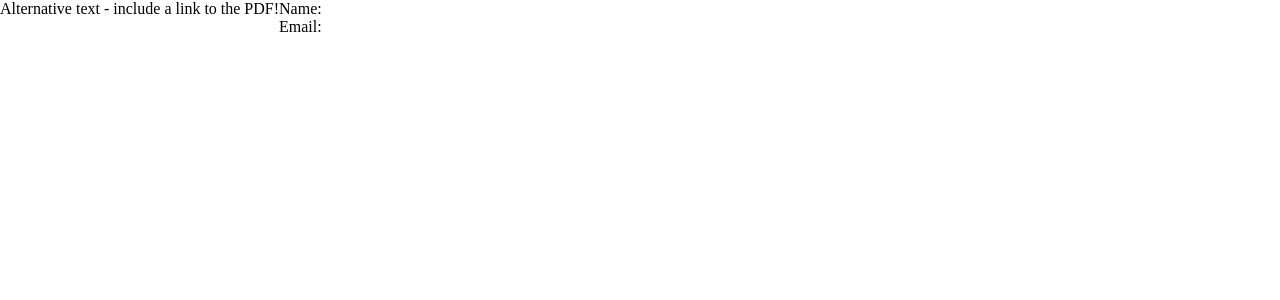
Repository: devSkhandelwal/job-search
Page: /preview
The author's editor kept a copy of each file at every save. The page is drawn from the files as they stood at one save, then again after the next save.
The browser window is 1280 px wide. The pictures show the whole page.
The project was rebuilt for these pictures with package versions that can differ from the ones it lists, and the page was loaded fresh each time. Also part of the build but not shown: src/components/FormElement/Button.css, src/components/FormElement/Button.js, src/actions/jobAction.js, src/actions/userActions.js, src/components/FormElement/FormContainer.css, src/components/FormElement/FormContainer.js, src/components/FormElement/Input.css, src/components/FormElement/Input.js and 13 more.

Above is the page before, as saved 2021-05-04 14:31:20.

### src/index.js
import React from 'react';
import ReactDOM from 'react-dom';
import './index.css';
import App from './App';
import {Provider} from 'react-redux'
import store from './store';

ReactDOM.render(
    <Provider store={store}>
      <App />
    </Provider>,
  document.getElementById('root')
);

### src/index.css
*{
  margin: 0;
  padding: 0;
  box-sizing: border-box;
}

.container{
  width: 100%;
  padding: 0 50px;
  display: flex;
  flex-direction: column;
  align-items: center;
  justify-content: center;
}

### src/App.js
import {BrowserRouter as Router, Route, Switch} from 'react-router-dom';
import JobDetailsContainer from './containers/JobDetailsContainer';
import JobFilterContainer from './containers/JobFilterContainer';
import JobListContainer from './containers/JobListContainer';
import LoginContainer from './containers/LoginContainer';
import PreviewContainer from './containers/PreviewContainer';

function App() {
  return (
    <Router>
      <Switch>
        <Route exact path="/" component={JobListContainer} />
        <Route path="/login" component = {LoginContainer}/>
        <Route path="/job/filter" component={JobFilterContainer}/>
        <Route path="/job/details/:jobId" component={JobDetailsContainer}/>
        <Route path="/preview" component={PreviewContainer}/>
      </Switch>
    </Router>
  );
}

export default App;

### src/store.js
import {combineReducers,createStore,applyMiddleware} from 'redux';
import thunk from 'redux-thunk';
import {composeWithDevTools} from 'redux-devtools-extension'
import { userApplyFormReducer, userLoginReducer } from './reducers/userReducer';
import { jobDetailsReducer, jobListReducer } from './reducers/jobReducers';


const reducers = combineReducers({
    login:userLoginReducer,
    jobList:jobListReducer,
    jobDetails:jobDetailsReducer,
    data:userApplyFormReducer
});

const userFromStorage = localStorage.getItem('userInfo') ? JSON.parse(localStorage.getItem('userInfo')) :null;
const userDataFromStarage = localStorage.getItem('userData') ? JSON.parse(localStorage.getItem('userData')) :'';

const initialState = {
    login:{userInfo:userFromStorage},
    data:{userData:userDataFromStarage}
}


const middleware = [thunk]


const store = createStore(
    reducers,
    initialState,
    composeWithDevTools(applyMiddleware(...middleware))
)

export default store;

### src/containers/PreviewContainer.js
import React, { useEffect, useState } from 'react'
import { useSelector } from 'react-redux';

import './PreviewContainer.css'


const PreviewContainer = () => {

    const {userData} = useSelector(state=>state.data)

    const {name,email,file} = userData

    console.log(userData)

    console.log(file)

    return (
        <div className="preview">
            <object data={file} type="application/pdf" className="file">
                <p>Alternative text - include a link <a href={file}>to the PDF!</a></p>
            </object>
            <div className="info">
                <p>Name:{name}</p>
                <p>Email:{email}</p>
            </div>
        </div>

    )
}

export default PreviewContainer

### src/reducers/userReducer.js
import { USER_APPLY_FORM_FAIL, USER_APPLY_FORM_REQUEST, USER_APPLY_FORM_SUCCESS, USER_LOGIN_FAIL, USER_LOGIN_REQUEST, USER_LOGIN_SUCCESS } from "../constants/userConstants";

export const userLoginReducer = (state={},action) => {
    switch(action.type){
        case USER_LOGIN_REQUEST:
            return {
                loading:true
            }
        case USER_LOGIN_SUCCESS:
            return{
                loading:false,
                userInfo:action.payload
            }
        case USER_LOGIN_FAIL:
            return{
                loading:false,
                error:action.payload
            }
        default:
            return state
    }
}


export const userApplyFormReducer = (state={userData:{}},action) => {
    switch(action.type){
        case USER_APPLY_FORM_REQUEST:
            return {
                loading:true,
                userData:{}
            }
        case USER_APPLY_FORM_SUCCESS:
            return{
                loading:false,
                userData:action.payload
            }
        case USER_APPLY_FORM_FAIL:
            return{
                loading:false,
                error:action.payload
            }
        default:
            return state
    }
}

### src/reducers/jobReducers.js
import { JOB_DETAILS_FAIL, JOB_DETAILS_REQUEST, JOB_DETAILS_SUCCESS, JOB_LIST_FAIL, JOB_LIST_REQUEST, JOB_LIST_SUCCESS } from "../constants/jobsConstants";

export const jobListReducer = (state={jobs:[]},action) => {
    switch(action.type){
        case JOB_LIST_REQUEST:
            return {loading:true,jobs:[]};
        case JOB_LIST_SUCCESS:
            return {
                loading:false,
                jobs:action.payload
            }
        case JOB_LIST_FAIL:
            return {
                loading:false,
                error:action.payload
            }
        default:
            return state
    };
};



export const jobDetailsReducer = (state={job:{}},action) => {
    switch(action.type){
        case JOB_DETAILS_REQUEST:
            return {loading:true};
        case JOB_DETAILS_SUCCESS:
            return {
                loading:false,
                job:action.payload
            }
        case JOB_DETAILS_FAIL:
            return {
                loading:false,
                error:action.payload
            }
        default:
            return state
    };
};

### src/containers/PreviewContainer.css
.preview{
    height: 100vh;
    display: flex;
    flex-wrap: wrap;

}

.file{
    height: 50%;
}

### src/constants/userConstants.js

export const USER_LOGIN_REQUEST = 'USER_LOGIN_REQUEST'
export const USER_LOGIN_SUCCESS = 'USER_LOGIN_SUCCESS';
export const USER_LOGIN_FAIL = 'USER_LOGIN_FAIL';


export const USER_APPLY_FORM_REQUEST = 'USER_APPLY_FORM_REQUEST'
export const USER_APPLY_FORM_SUCCESS = 'USER_APPLY_FORM_SUCCESS';
export const USER_APPLY_FORM_FAIL = 'USER_APPLY_FORM_FAIL';

### src/constants/jobsConstants.js
export const JOB_LIST_REQUEST = "JOB_LIST_REQUEST";
export const JOB_LIST_SUCCESS = "JOB_LIST_SUCCESS";
export const JOB_LIST_FAIL = "JOB_LIST_FAIL";



export const JOB_DETAILS_REQUEST = "JOB_DETAILS_REQUEST";
export const JOB_DETAILS_SUCCESS = "JOB_DETAILS_SUCCESS";
export const JOB_DETAILS_FAIL = "JOB_DETAILS_FAIL";

Loaded but not shown: public/index.html (common file)

After the next save:
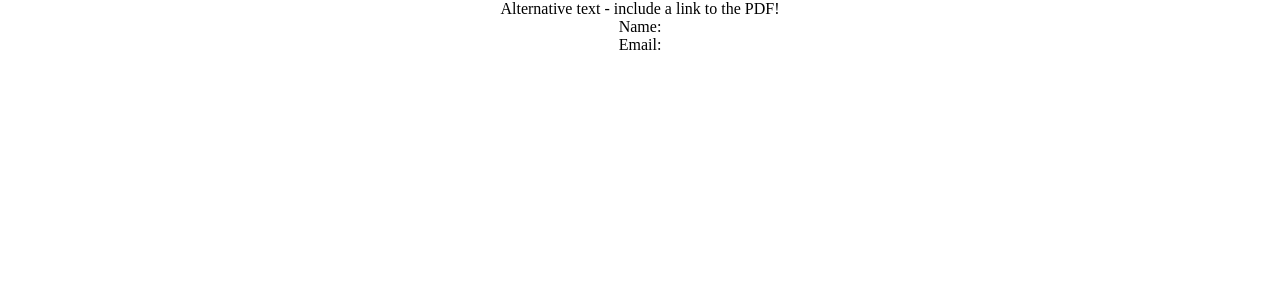
Saved 70 s later.
--- a/src/containers/PreviewContainer.js
+++ b/src/containers/PreviewContainer.js
@@ -15,7 +15,8 @@
     console.log(file)
 
     return (
-        <div className="preview">
+        <div className="container">
+
             <object data={file} type="application/pdf" className="file">
                 <p>Alternative text - include a link <a href={file}>to the PDF!</a></p>
             </object>
@@ -23,6 +24,7 @@
                 <p>Name:{name}</p>
                 <p>Email:{email}</p>
             </div>
+
         </div>
 
     )

After the save that followed:
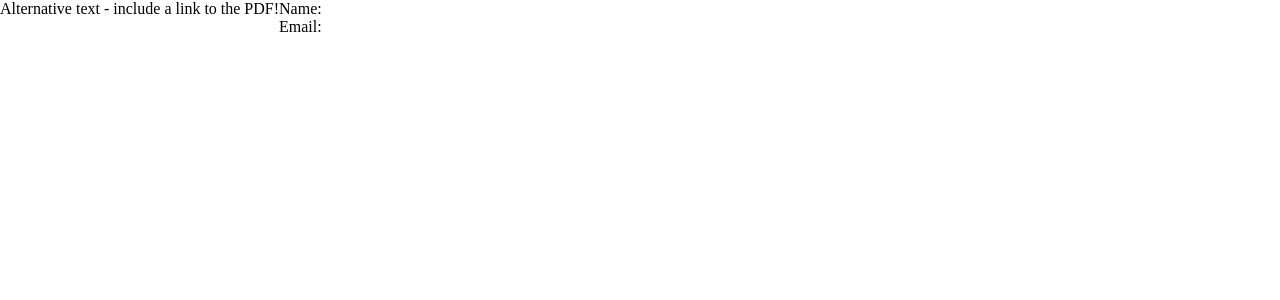
Saved 29 s later.
--- a/src/containers/PreviewContainer.js
+++ b/src/containers/PreviewContainer.js
@@ -15,7 +15,7 @@
     console.log(file)
 
     return (
-        <div className="container">
+        <div className="preview">
 
             <object data={file} type="application/pdf" className="file">
                 <p>Alternative text - include a link <a href={file}>to the PDF!</a></p>
